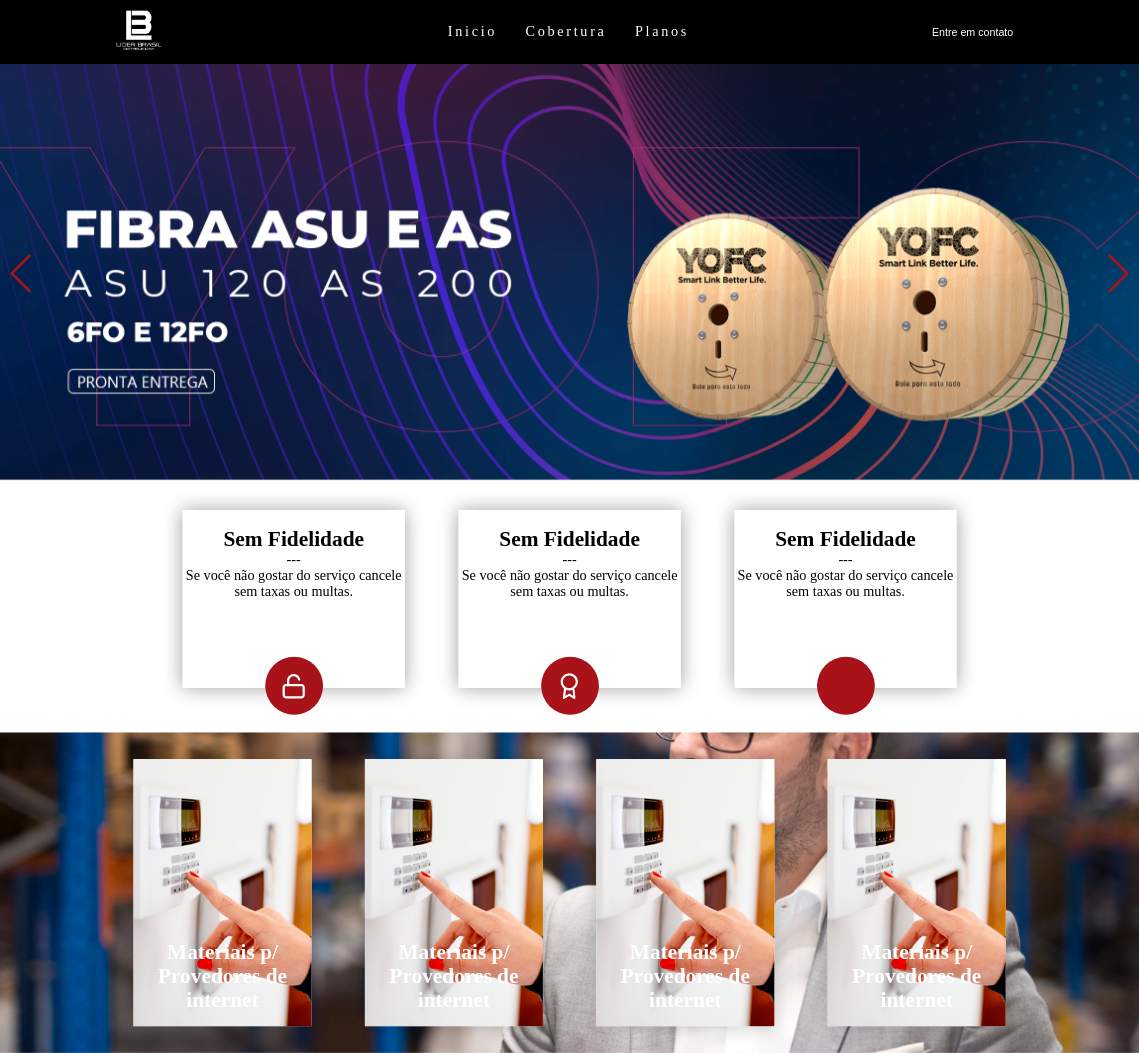
Repository: mateus-henrique-silva/Novo_institucional_lider
Page: index.html
These files come from the project's save history. The page is drawn as it stood at one moment and after the next save; the edit follows.
The browser window is 1280 px wide. The pictures show the whole page, at 89% of full size.
Backgrounds fixed to the window are drawn as part of the page. Some web fonts or font styles are not loaded; a fallback is used.

Above is the page before, as saved 2022-09-06 10:17:53.
Console error: SyntaxError: Identifier 'MobileNavbar' has already been declared

### index.html
<!DOCTYPE html>
<html lang="en">
  <head>
    <meta charset="UTF-8" />
    <meta http-equiv="X-UA-Compatible" content="IE=edge" />
    <meta name="viewport" content="width=device-width, initial-scale=1.0" />
    <meta
      name="viewport"
      content="width=device-width, user-scalable=yes, initial-scale=1.0, maximum-scale=10, minimum-scale=1.0"
    />
    <link rel="stylesheet" href="./src/CSS/Global.css" />
    <link rel="stylesheet" href="./src/CSS/Header/style.css" />
    <link rel="stylesheet" href="./src/CSS/Main/style.css" />
    <link rel="stylesheet" href="./src/CSS/Main/Carousel/styles.css" />
    <link rel="stylesheet" href="./src/CSS/Main/Box/style.css" />
    <link rel="stylesheet" href="./src/CSS/Main/Products/style.css" />
    <link
      rel="stylesheet"
      href="https://unpkg.com/swiper@8/swiper-bundle.min.css"
    />

    <title>Líder Brasil</title>
  </head>
  <body>
    <header>
      <nav>
        <a class="logo"
          ><img src="./src/Assets/Logo/lb.png" width="50" alt=""
        /></a>
        <div class="mobile-menu">
          <div class="line1"></div>
          <div class="line2"></div>
          <div class="line3"></div>
        </div>
        <ul class="nav-list">
          <li><a href="#network index.html">Inicio</a></li>
          <li><a href="#map-container">Cobertura</a></li>
          <li><a href="#container">Planos</a></li>
        </ul>
        <ul>
          <li style="list-style: none; font-size: 10px">
            <a
              href="#"
              style="
                font-size: 12px;
                padding: 10px;
                font-family: arial;
                color: white;
              "
              onclick="openForm()"
              class="contact-header"
              >Entre em contato</a
            >
          </li>
        </ul>
      </nav>
    </header>
    <main>
      <section>
        <div class="swiper">
          <div class="swiper-wrapper">
            <div class="swiper-slide">
              <div class="project-img">
                <img
                  src="./src/Assets/img/carrossel/desktop/drop-desktop.png"
                  alt="Foto 01"
                />
              </div>
              <div class="project-img" id="mobile-img">
                <img
                  src="./src/Assets/img/carrossel/mobile/drop-mobile.png"
                  alt="Foto 03"
                />
              </div>
            </div>
            <div class="swiper-slide">
              <div class="project-img">
                <img
                  src="./src/Assets/img/carrossel/desktop/escada-desktop.png"
                  alt="Foto 01"
                />
              </div>
              <div class="project-img" id="mobile-img">
                <img
                  src="./src/Assets/img/carrossel/mobile/escada-mobile.png"
                  alt="Foto 03"
                />
              </div>
            </div>
            <div class="swiper-slide">
              <div class="project-img">
                <img src="./src/Assets/img/teste6.png" alt="Foto 01" />
              </div>
              <div class="project-img" id="mobile-img">
                <img src="./src/Assets/img/foto_03.png" alt="Foto 03" />
              </div>
            </div>
          </div>
          <div class="swiper-button-next"></div>
          <div class="swiper-button-prev"></div>
          <div class="swiper-pagination"></div>
        </div>
      </section>
      <section>
        <div class="section-box">
          <!-- card 1 -->

          <ul>
            <li class="box">
              <div class="box-inter">
                <h1>Sem Fidelidade</h1>
                <p>---</p>

                <p>
                  Se você não gostar do serviço cancele sem taxas ou multas.
                </p>
              </div>

              <div class="obj">
                <img
                  src="./src/Assets/img/icons/unlock.svg"
                  alt="arrowup"
                  srcset=""
                />
              </div>
            </li>
            <!-- card 2 -->
            <li class="box">
              <div class="box-inter">
                <h1>Sem Fidelidade</h1>
                <p>---</p>

                <p>
                  Se você não gostar do serviço cancele sem taxas ou multas.
                </p>
              </div>

              <div class="obj">
                <img
                  src="./src/Assets/img/icons/award.svg"
                  alt="arrowup"
                  srcset=""
                />
              </div>
            </li>
            <!-- card 3 -->
            <li class="box">
              <div class="box-inter">
                <h1>Sem Fidelidade</h1>
                <p>---</p>

                <p>
                  Se você não gostar do serviço cancele sem taxas ou multas.
                </p>
              </div>

              <div class="obj">
                <img
                  src="./src/Assets/img/icons/chevrons-up.svg"
                  alt="arrowup"
                  srcset=""
                />
              </div>
            </li>
          </ul>
        </div>
      </section>

      <section>
        <div class="background">
          <img
            class="img"
            src="./src/Assets/img/icons/aBlack.svg"
            alt=""
            srcset=""
          />

          <ul>
            <li>
              <div class="products">
                <button>text</button>
                <div>
                  <h2>Materiais p/ Provedores de internet</h2>
                </div>

              </div>
            </li>

            <li>
              <div>
              <div class="products">
                <button>text</button>
                <div>
                  <h2>Materiais p/ Provedores de internet</h2>
                </div>

              </div>
            </div>
            </li>

            <li>
              <div class="products">
                <button>text</button>
                <div>
                  <h2>Materiais p/ Provedores de internet</h2>
                </div>

              </div>
            </li>
            <li>
              <div class="products">
                <button>text</button>
                <div>
                  <h2>Materiais p/ Provedores de internet</h2>
                </div>

              </div>
            </li>
          </ul>
        </div>
      </section>
    </main>
    <footer></footer>
    <script src="https://unpkg.com/swiper@8/swiper-bundle.min.js"></script>
    <script src="./src/Scripts/Carousel/scripts.js"></script>
    <script src="./src/Scripts/Mobile/scripts.js"></script>
    <script src="./src/Scripts/Global.js"></script>
  </body>
</html>

### src/CSS/Global.css
@import url("https://fonts.googleapis.com/css2?family=Montserrat:ital,wght@0,100;0,200;0,300;0,400;0,500;0,600;0,700;0,800;0,900;1,100;1,200;1,300;1,400;1,500;1,600;1,700;1,800;1,900&family=Source+Serif+Pro:ital,wght@0,200;0,300;0,400;0,600;0,700;0,900;1,200;1,300;1,400;1,600;1,700;1,900&display=swap");

* {
  font-family: 'Source Serif Pro', serif;
  margin: 0;
  padding: 0;
  border: 0;

}


body{

}

### src/CSS/Header/style.css
header {
  width: 100%;
  background-color: black;
  margin-top: 0;
}
a {
  color: black;
  text-decoration: none;
  transition: 0.3s;
}

a:hover {
  opacity: 0.7;
}

.logo {
  align-items: center;
  width: 6%;

  text-transform: uppercase;
  letter-spacing: 4px;
}

.logo h1 {
  font-size: 12px;
}

nav {
  display: flex;
  z-index: 1;

  width: 100%;
  margin-top: 0;

  justify-content: space-around;
  align-items: center;
  background-color: black;
  height: 10vh;
}

.nav-list {
  text-align: center;
  justify-content: center;
  list-style: none;
  display: flex;
  z-index: 1;
}

.nav-list li {
  letter-spacing: 3px;
  margin-left: 32px;
}
.nav-list li a {
  color: white;
}
.nav-list li a:hover {
  color: #ff073b;
}

.mobile-menu {
  display: none;
  margin-left: 80px;
  cursor: pointer;
}

.mobile-menu div {
  transition: 0.3s;

  width: 32px;
  height: 2px;
  background: white;
  margin: 8px;
}

@media (max-width: 950px) {
  body {
    overflow-x: hidden;
  }

  .nav-list {
    position: absolute;
    top: 7vh;
    right: 0;
    width: 100vw;
    height: 100vh;
    background-color: white;
    flex-direction: column;
    color: white;
    /* align-items: center; */
    display: none;
    justify-content:flex-start;
    transition: 0.4s ease-in;
    /* justify-content: space-around; */
    transform: translateX(100%);
  }

  .nav-list li {
    margin-top:100px;
    margin-left: 0;
    opacity: 0;
  }

  .mobile-menu {
    display: block;
  }
  .contact-header {
    display: none;
  }

  .logo {
    margin-left:10px;
    width: 60%;
  }
}

.nav-list.active {
  transition: 0.3s;
  overflow-y: hidden;
  position: fixed;
  z-index: 10000;
  background-color: black;
  transform: translateX(0);
  display: flex;
}

.nav-list.active li {
  color: white!important;
  font-weight:bold;
}

.nav-list.active li {
  color: white;
}

@keyframes navLinkFade {
  from {
    opacity: 0;
    transform: translateX(50px);
  }

  to {
    opacity: 1;
    transform: translateX(0);
  }
}

.mobile-menu.active .line1 {
  transform: rotate(-45deg) translate(-8px, 8px);
}

.mobile-menu.active .line2 {
  opacity: 0;
}

.mobile-menu.active .line3 {
  transform: rotate(45deg) translate(-5px, -7px);
}

### src/CSS/Main/style.css
main{
    width: 100%;
    height: 100%;

    max-width: 100vw;
}


section{

    width: 100%;
    max-width: 100vw;
    height: 100%;
}


ul li {
    list-style: none;
}

### src/CSS/Main/Carousel/styles.css
.swiper {
    height: 100%!important;

  }

  .swiper-slide {
    text-align: center;
    display: flex;
    height: 100%!important;
    align-items: center;
    justify-content: center;
  }

  @media (max-width: 450px) {
    .swiper {
      height: 270px;
    }

    .project-img img{
      width: 100%;
      height: 100%!important;
    }
  }

  .project-img img{
    width: 100%;
    /* height: 80vh; */
  }



  .swiper-pagination-bullet{
    color: white !important;
    /* margin-top:-10px!important; */
    background-color:white !important;
  }

  /*
    largura => 3840
    Altura => 420

  */


  .swiper-button-next:after, .swiper-button-prev:after{
    color:#a71319 !important;
  }

  #mobile-img{
    display: none;
  }


  @media(max-width:999px){
    #mobile-img{
      display: block!important;
    }


    .project-img{
      display:none;
    }
  }


.menu{
  display:flex;
  flex-direction:column;
}

### src/CSS/Main/Box/style.css
.section-box {
  width: 100%;

  justify-content: center;
  align-items: center;
  display: flex;
}

.box {
  display: flex;
  flex-direction: column;
  /* justify-content: center; */

  justify-content: flex-end;
  align-items: center;
  height: 100%;
  margin: 30px;
  margin-bottom: 20px;
  /* width: 100%; */
  /* background-color: red; */
}

@media (max-width: 770px) {
  .section-box {
    width: 100%;
    justify-content: space-around;
    flex-direction: column;
    display: flex;
  }

  .box-inter {
    background-color: white;
    height: 100px;
    width: 200px;
    /* width: 100%; */
  }
}

@media (max-width: 480px) {
  .box-inter {
    height: 170px !important;
    width: 170px !important;
    /* width: 100%; */
  }

  .obj {
    height: 45px !important;

    margin-top: -35px;
    width: 45px !important;
  }

  .obj img {
    width: 20px !important;
  }
}

.box-inter {
  background-color: white;
  height: 200px;
  width: 250px;
  -webkit-box-shadow: 0px 0px 20px 0px rgba(0, 0, 0, 0.37);
  box-shadow: 0px 0px 20px 0px rgba(0, 0, 0, 0.37);
  display: flex;

  flex-direction: column;
  align-items: center;
  text-align: center;

  /* width: 100%; */
}

.box-inter h1 {
  margin-top: 20px;
  font-size: clamp(1em, 1em + 1vw, 1.5em);
}

.box p {
  font-size: clamp(1em, 1em + 0.5vw, 0.5em);
}
.obj {
  background-color: #a71319;
  height: 65px;

  border-radius: 50%;
  display: flex;
  align-items: center;
  justify-content: center;
  margin-top: -35px;
  width: 65px;
}

.obj img {
  width: 30px;
}

.section-box ul {
  display: flex;
  overflow-x: auto;
  width: 100%;
  justify-content: center;
  scroll-behavior: smooth;
}

.section-box .img-arrow {
  display: none;
}

@media (max-width: 600px) {
  .section-box .img-arrow {
    display: flex;
    justify-content: flex-end;

    animation: mymove 0.8s infinite;
  }
  .section-box ul {
    display: flex;
    overflow-x: auto;
    width: 100%;
    justify-content: flex-start;
    scroll-behavior: smooth;
  }
  @keyframes mymove {
    from {
      left: 280px;
    }
    to {
      left: 300px;
    }
  }
}

### src/CSS/Main/Products/style.css
.background {
  width: 100%;
  background: url("../../../Assets/img/Background/medio.jpg") no-repeat center
    fixed;
  height: 100%;
  display: flex;
  justify-content: space-around;
  justify-content: center;
  align-items: center;
}
.background ul {
  display: flex;
  overflow-x: auto;
  overflow-y: hidden;
  scroll-behavior: smooth;
  /* width: 100px; */
}
.background img {
  display: none;
}

.background ul li .products .img {
  display: flex;
}

.products {
  margin: 30px;
  background: url("../../../Assets/img/Background/products/alarme.png")
    no-repeat center;

  background-size: 100%;
  justify-content: flex-end;
  height: 300px;
  width: 200px;
  -webkit-box-shadow: 0px 0px 20px 0px rgba(0, 0, 0, 0.2) !important;
  box-shadow: 0px 0px 20px 0px rgba(0, 0, 0, 0.2) !important;
  background-color: white;
  display: flex;
  text-align: center;
  flex-direction: column;
  align-items: center;
  box-sizing: border-box;
  transition: 0.5s;
}

.products div h2 {
  margin-bottom: 15px;
   color:white;
  transition:2s;
}
.products:hover {
  justify-content: center;
  transition:2s;
}
.products:hover div h2 {

  display: none;
}
@media (max-width: 600px) {
  .background .img {
    position: absolute;
    margin-top: 170px;
    display: flex;
    justify-content: flex-end;
    animation: mymove 0.8s infinite;
  }

  @keyframes mymove {
    from {
      left: 280px;
    }
    to {
      left: 300px;
    }
  }
}

.products button {
  background-color: black;
  display: none;
  color: white;
  cursor: pointer;
  transition: 0.7s;
  padding: 8px 25px 8px;
}

.products:hover button {
  background-color: black;
  display: flex;

  color: white;
  cursor: pointer;
  padding: 8px 25px 8px;
}

### src/Scripts/Mobile/scripts.js
class MobileNavbar{


    constructor(mobileMenu, navList, navLinks){
        this.mobileMenu = document.querySelector(mobileMenu);
        this.navList = document.querySelector(navList);
        this.navLinks = document.querySelectorAll(navLinks);
        this.activeClass = "active";
        this.hadleClick =  this.hadleClick.bind(this);


    }

    animateLinks(){
        this.navLinks.forEach((link, index)=>{

            var calc = index/7+0.3;


            link.style.animation
            ?(link.style.animation="")
            :(link.style.animation= `navLinkFade 0.5s ease forwards ${calc}s`);


        });


    }


    hadleClick(){


        this.navList.classList.toggle(this.activeClass);
        this.mobileMenu.classList.toggle(this.activeClass);
        this.animateLinks();
    }

    addClickEvent(){
        this.mobileMenu.addEventListener("click", this.hadleClick);


    }

    init(){

        if(this.mobileMenu){

            this.addClickEvent();
        }
        return this;
    }
    }



    const mobileNavbar = new MobileNavbar(

        ".mobile-menu",

        ".nav-list",

        ".nav-list li",


        );


    mobileNavbar.init();

### src/Scripts/Global.js
document.onmousedown=disableclick;
function disableclick(event)
{
  if(event.button==2)
   {
     return false;
   }
}

### src/Assets/img/icons/award.svg
<?xml version="1.0" encoding="utf-8"?>
<!-- Generator: Adobe Illustrator 24.0.1, SVG Export Plug-In . SVG Version: 6.00 Build 0)  -->
<svg version="1.1" id="Camada_1" xmlns="http://www.w3.org/2000/svg" xmlns:xlink="http://www.w3.org/1999/xlink" x="0px" y="0px"
	 viewBox="0 0 24 24" style="enable-background:new 0 0 24 24;" xml:space="preserve">
<style type="text/css">
	.st0{fill:#FFFFFF;}
</style>
<path class="st0" d="M19.5,8.1c0-4.3-3.5-7.7-7.7-7.7S4,3.9,4,8.1c0,2.5,1.2,4.7,3,6.1l-1.1,8.3c0,0.4,0.1,0.7,0.4,0.9
	c0.3,0.2,0.7,0.2,1,0l4.3-2.6l4.3,2.6c0.2,0.1,0.3,0.1,0.5,0.1c0.2,0,0.4-0.1,0.5-0.2c0.3-0.2,0.5-0.6,0.4-0.9l-1.1-8.3
	C18.3,12.8,19.5,10.6,19.5,8.1z M5.9,8.1c0-3.2,2.6-5.8,5.8-5.8s5.8,2.6,5.8,5.8s-2.6,5.8-5.8,5.8S5.9,11.3,5.9,8.1z M15.4,20.8
	l-3.1-1.9c-0.3-0.2-0.7-0.2-1,0l-3.1,1.9l0.7-5.5c0.9,0.4,1.9,0.6,2.9,0.6c1,0,2-0.2,2.9-0.6L15.4,20.8z"/>
</svg>

### src/Assets/img/icons/chevrons-up.svg
<svg xmlns="http://www.w3.org/2000/svg" width="24" height="24" viewBox="0 0 24 24" fill="none" stroke="" stroke-width="2" stroke-linecap="round" stroke-linejoin="round" class="feather feather-chevrons-up"><polyline points="17 11 12 6 7 11"></polyline><polyline points="17 18 12 13 7 18" color="white"></polyline></svg>

After the next save:
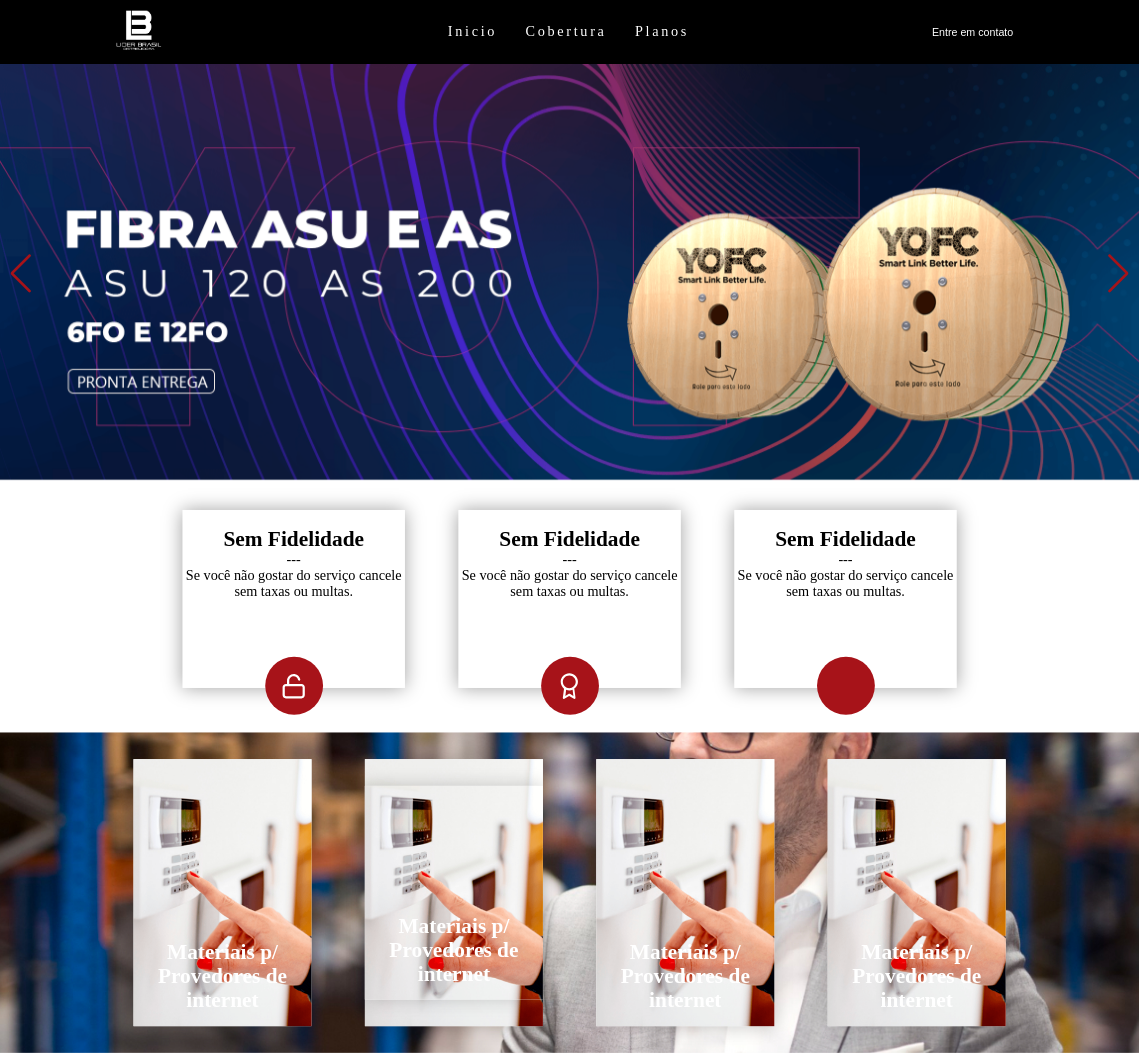
Saved 5 s later.
--- a/index.html
+++ b/index.html
@@ -187,7 +187,7 @@
             </li>
 
             <li>
-              <div>
+              <div class="products">
               <div class="products">
                 <button>text</button>
                 <div>

After the 4 saves that followed:
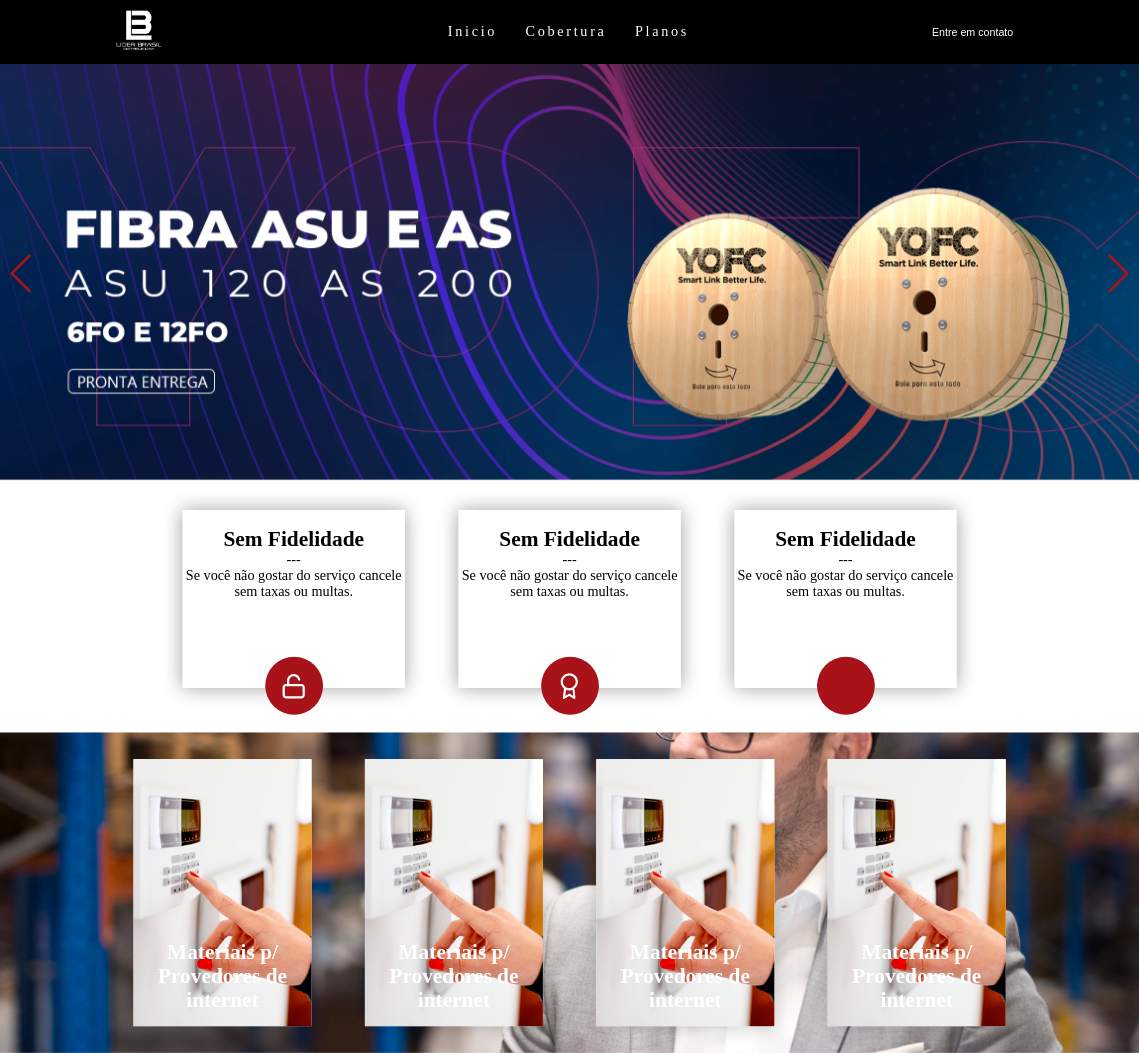
The 4 saves are shown as one change because they came seconds apart.
The last was saved 13 s later.
--- a/index.html
+++ b/index.html
@@ -187,7 +187,7 @@
             </li>
 
             <li>
-              <div class="products">
+              <div class="back-radient">
               <div class="products">
                 <button>text</button>
                 <div>
